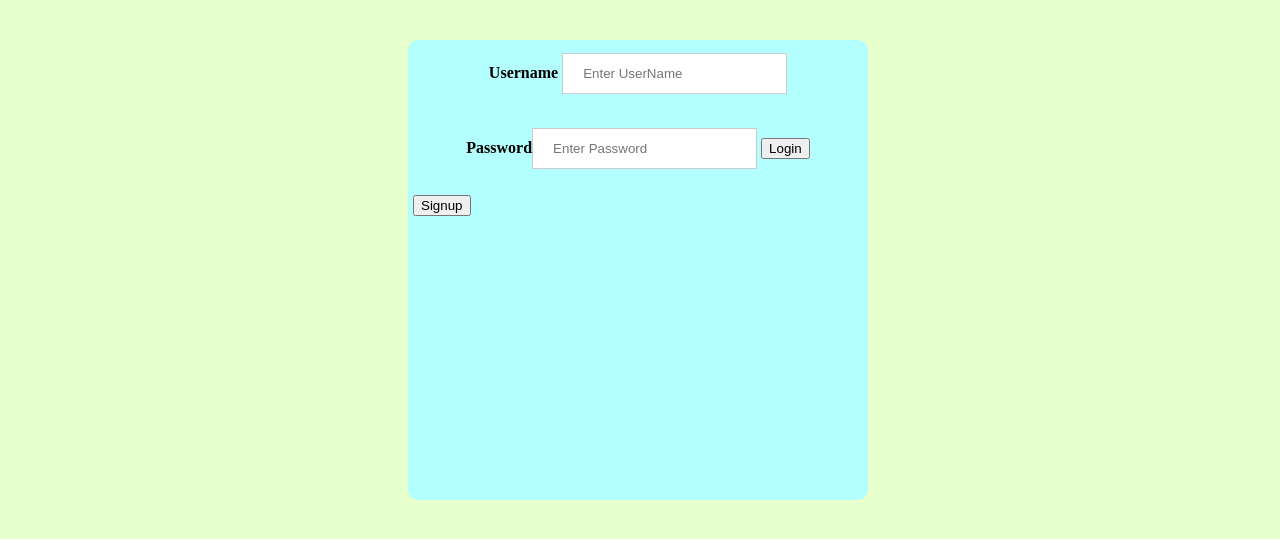
Repository: jagdishpatil18/JavaAdv
Page: Login_App/WebContent/index.html
These files come from the project's save history. The page is drawn as it stood at one moment and after the next save; the edit follows.
The browser window is 1280 px wide. The pictures show the whole page.

Above is the page before, as saved 2017-04-27 05:33:26.

After the next save:
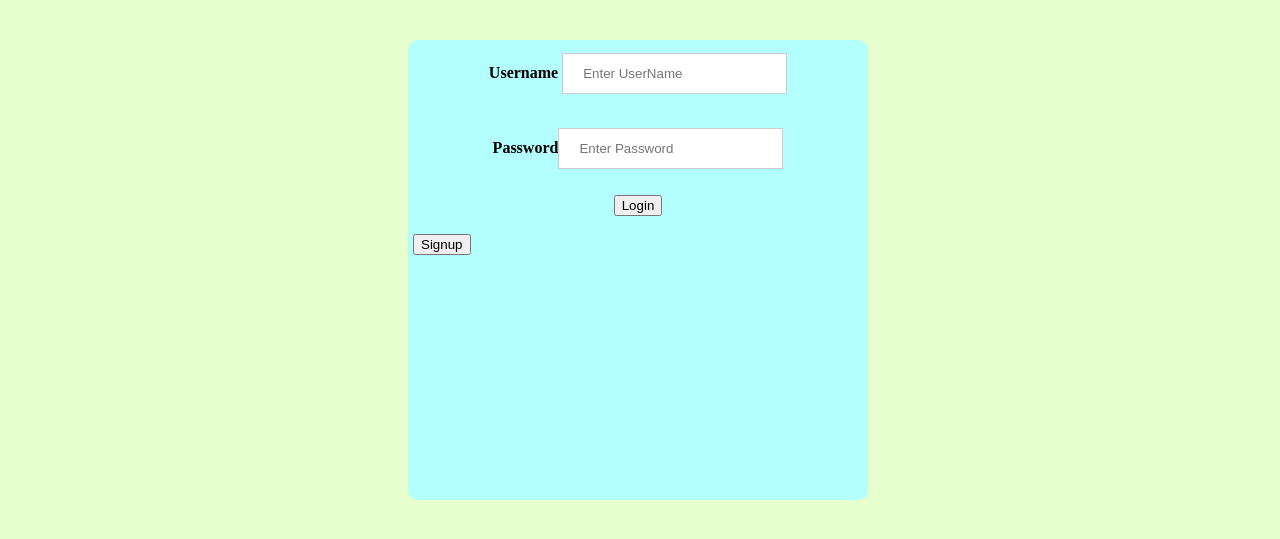
Saved 34 s later.
--- a/Login_App/WebContent/index.html
+++ b/Login_App/WebContent/index.html
@@ -34,7 +34,7 @@ border-radius: 10px;
 			<center>
 				<label><b>Username</b></label> <input type="text" placeholder="Enter UserName" name="username"><br></br>
 			   <label><b>Password</b></label><input type="password" placeholder="Enter Password" name="password">
-			<input type="submit" value="Login">
+			<br><br><input type="submit" value="Login">
 			</form>
 			</center>
 		<br><label> <a href="signup.html"><button>Signup</button></a></label>
